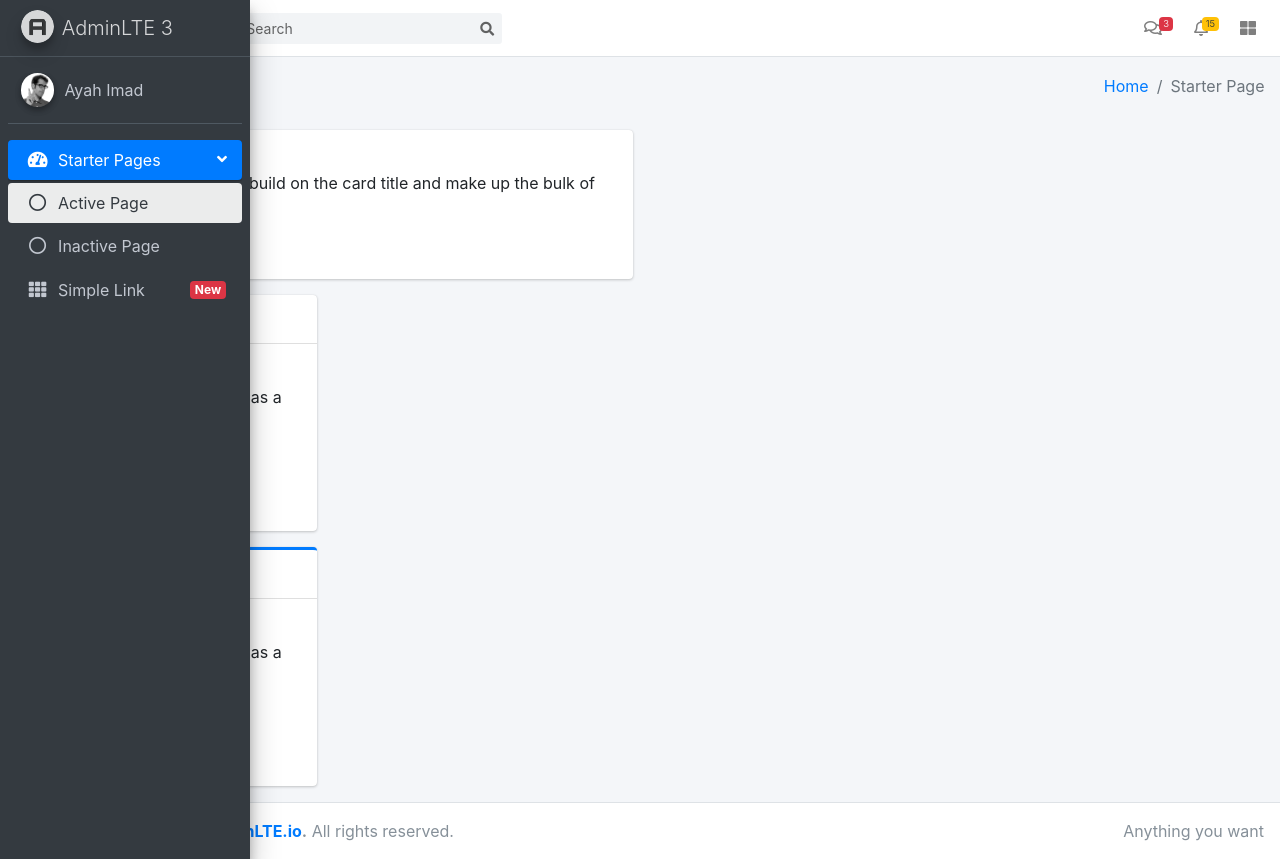
Repository: Abdaljawad-Aya/Django-Exercises
Page: polls/templates/polls/starter.html
The author's editor kept a copy of each file at every save. The page is drawn from the files as they stood at one save, then again after the next save.
The browser window is 1280 px wide. The pictures show the whole page.
Some web fonts or font styles are not loaded; a fallback is used. The page is served by the project's application, run on Django 3.2 (manage.py). Other server files are loaded and not shown. The template is opened directly, without the code that normally fills it, so the values that code supplies are empty.

Above is the page before, as saved 2021-03-09 19:50:12.

### crudDj/DJ/polls/templates/polls/starter.html

<!--
This is a starter template page. Use this page to start your new project from
scratch. This page gets rid of all links and provides the needed markup only.
-->
{% load static %}
<!DOCTYPE html>
<html lang="en">
<head>
  <meta charset="utf-8">
  <meta name="viewport" content="width=device-width, initial-scale=1">
  <meta http-equiv="x-ua-compatible" content="ie=edge">

  <title>AdminLTE 3 | Starter</title>

  <!-- Font Awesome Icons -->
  <link rel="stylesheet" href="{% static 'plugins/fontawesome-free/css/all.min.css' %}">
  <!-- Theme style -->
  <link rel="stylesheet" href="{% static 'dist/css/adminlte.min.css'%}">
  <!-- Google Font: Source Sans Pro -->
  <link href="https://fonts.googleapis.com/css?family=Source+Sans+Pro:300,400,400i,700" rel="stylesheet">
</head>
<body class="hold-transition sidebar-mini">
<div class="wrapper">

  <!-- Navbar -->
  <nav class="main-header navbar navbar-expand navbar-white navbar-light">
    <!-- Left navbar links -->
    <ul class="navbar-nav">
      <li class="nav-item">
        <a class="nav-link" data-widget="pushmenu" href="#" role="button"><i class="fas fa-bars"></i></a>
      </li>
      <li class="nav-item d-none d-sm-inline-block">
        <a href="index3.html" class="nav-link">Home</a>
      </li>
      <li class="nav-item d-none d-sm-inline-block">
        <a href="#" class="nav-link">Contact</a>
      </li>
    </ul>

    <!-- SEARCH FORM -->
    <form class="form-inline ml-3">
      <div class="input-group input-group-sm">
        <input class="form-control form-control-navbar" type="search" placeholder="Search" aria-label="Search">
        <div class="input-group-append">
          <button class="btn btn-navbar" type="submit">
            <i class="fas fa-search"></i>
          </button>
        </div>
      </div>
    </form>

    <!-- Right navbar links -->
    <ul class="navbar-nav ml-auto">
      <!-- Messages Dropdown Menu -->
      <li class="nav-item dropdown">
        <a class="nav-link" data-toggle="dropdown" href="#">
          <i class="far fa-comments"></i>
          <span class="badge badge-danger navbar-badge">3</span>
        </a>
        <div class="dropdown-menu dropdown-menu-lg dropdown-menu-right">
          <a href="#" class="dropdown-item">
            <!-- Message Start -->
            <div class="media">
              <img src="{% static 'dist/img/user1-128x128.jpg'%}" alt="User Avatar" class="img-size-50 mr-3 img-circle">
              <div class="media-body">
                <h3 class="dropdown-item-title">
                  Brad Diesel
                  <span class="float-right text-sm text-danger"><i class="fas fa-star"></i></span>
                </h3>
                <p class="text-sm">Call me whenever you can...</p>
                <p class="text-sm text-muted"><i class="far fa-clock mr-1"></i> 4 Hours Ago</p>
              </div>
            </div>
            <!-- Message End -->
          </a>
          <div class="dropdown-divider"></div>
          <a href="#" class="dropdown-item">
            <!-- Message Start -->
            <div class="media">
              <img src="{% static 'dist/img/user8-128x128.jpg'%}" alt="User Avatar" class="img-size-50 img-circle mr-3">
              <div class="media-body">
                <h3 class="dropdown-item-title">
                  John Pierce
                  <span class="float-right text-sm text-muted"><i class="fas fa-star"></i></span>
                </h3>
                <p class="text-sm">I got your message bro</p>
                <p class="text-sm text-muted"><i class="far fa-clock mr-1"></i> 4 Hours Ago</p>
              </div>
            </div>
            <!-- Message End -->
          </a>
          <div class="dropdown-divider"></div>
          <a href="#" class="dropdown-item">
            <!-- Message Start -->
            <div class="media">
              <img src="{% static 'dist/img/user3-128x128.jpg'%}" alt="User Avatar" class="img-size-50 img-circle mr-3">
              <div class="media-body">
                <h3 class="dropdown-item-title">
                  Nora Silvester
                  <span class="float-right text-sm text-warning"><i class="fas fa-star"></i></span>
                </h3>
                <p class="text-sm">The subject goes here</p>
                <p class="text-sm text-muted"><i class="far fa-clock mr-1"></i> 4 Hours Ago</p>
              </div>
            </div>
            <!-- Message End -->
          </a>
          <div class="dropdown-divider"></div>
          <a href="#" class="dropdown-item dropdown-footer">See All Messages</a>
        </div>
      </li>
      <!-- Notifications Dropdown Menu -->
      <li class="nav-item dropdown">
        <a class="nav-link" data-toggle="dropdown" href="#">
          <i class="far fa-bell"></i>
          <span class="badge badge-warning navbar-badge">15</span>
        </a>
        <div class="dropdown-menu dropdown-menu-lg dropdown-menu-right">
          <span class="dropdown-header">15 Notifications</span>
          <div class="dropdown-divider"></div>
          <a href="#" class="dropdown-item">
            <i class="fas fa-envelope mr-2"></i> 4 new messages
            <span class="float-right text-muted text-sm">3 mins</span>
          </a>
          <div class="dropdown-divider"></div>
          <a href="#" class="dropdown-item">
            <i class="fas fa-users mr-2"></i> 8 friend requests
            <span class="float-right text-muted text-sm">12 hours</span>
          </a>
          <div class="dropdown-divider"></div>
          <a href="#" class="dropdown-item">
            <i class="fas fa-file mr-2"></i> 3 new reports
            <span class="float-right text-muted text-sm">2 days</span>
          </a>
          <div class="dropdown-divider"></div>
          <a href="#" class="dropdown-item dropdown-footer">See All Notifications</a>
        </div>
      </li>
      <li class="nav-item">
        <a class="nav-link" data-widget="control-sidebar" data-slide="true" href="#" role="button"><i
            class="fas fa-th-large"></i></a>
      </li>
    </ul>
  </nav>
  <!-- /.navbar -->

  <!-- Main Sidebar Container -->
  <aside class="main-sidebar sidebar-dark-primary elevation-4">
    <!-- Brand Logo -->
    <a href="index3.html" class="brand-link">
      <img src="{% static 'dist/img/AdminLTELogo.png'%}" alt="AdminLTE Logo" class="brand-image img-circle elevation-3"
           style="opacity: .8">
      <span class="brand-text font-weight-light">AdminLTE 3</span>
    </a>

    <!-- Sidebar -->
    <div class="sidebar">
      <!-- Sidebar user panel (optional) -->
      <div class="user-panel mt-3 pb-3 mb-3 d-flex">
        <div class="image">
          <img src="{% static 'dist/img/user2-160x160.jpg'%}" class="img-circle elevation-2" alt="User Image">
        </div>
        <div class="info">
          <a href="#" class="d-block">Ayah Imad</a>
        </div>
      </div>

      <!-- Sidebar Menu -->
      <nav class="mt-2">
        <ul class="nav nav-pills nav-sidebar flex-column" data-widget="treeview" role="menu" data-accordion="false">
          <!-- Add icons to the links using the .nav-icon class
               with font-awesome or any other icon font library -->
          <li class="nav-item has-treeview menu-open">
            <a href="#" class="nav-link active">
              <i class="nav-icon fas fa-tachometer-alt"></i>
              <p>
                Starter Pages
                <i class="right fas fa-angle-left"></i>
              </p>
            </a>
            <ul class="nav nav-treeview">
              <li class="nav-item">
                <a href="#" class="nav-link active">
                  <i class="far fa-circle nav-icon"></i>
                  <p>Active Page</p>
                </a>
              </li>
              <li class="nav-item">
                <a href="#" class="nav-link">
                  <i class="far fa-circle nav-icon"></i>
                  <p>Inactive Page</p>
                </a>
              </li>
            </ul>
          </li>
          <li class="nav-item">
            <a href="#" class="nav-link">
              <i class="nav-icon fas fa-th"></i>
              <p>
                Simple Link
                <span class="right badge badge-danger">New</span>
              </p>
            </a>
          </li>
        </ul>
      </nav>
      <!-- /.sidebar-menu -->
    </div>
    <!-- /.sidebar -->
  </aside>

  <!-- Content Wrapper. Contains page content -->
  <div class="content-wrapper">
    <!-- Content Header (Page header) -->
    <div class="content-header">
      <div class="container-fluid">
        <div class="row mb-2">
          <div class="col-sm-6">
            <h1 class="m-0 text-dark">Starter Page</h1>
          </div><!-- /.col -->
          <div class="col-sm-6">
            <ol class="breadcrumb float-sm-right">
              <li class="breadcrumb-item"><a href="#">Home</a></li>
              <li class="breadcrumb-item active">Starter Page</li>
            </ol>
          </div><!-- /.col -->
        </div><!-- /.row -->
      </div><!-- /.container-fluid -->
    </div>
    <!-- /.content-header -->

    <!-- Main content -->
    <div class="content">
      <div class="container-fluid">
        <div class="row">
          <div class="col-lg-6">
            <div class="card">
              <div class="card-body">
                <h5 class="card-title">Card title</h5>

                <p class="card-text">
                  Some quick example text to build on the card title and make up the bulk of the card's
                  content.
                </p>

                <a href="#" class="card-link">Card link</a>
                <a href="#" class="card-link">Another link</a>
              </div>
            </div>

            {% comment %} <div class="card card-primary card-outline">
              <div class="card-body">
                <h5 class="card-title">Card title</h5>

                <p class="card-text">
                  Some quick example text to build on the card title and make up the bulk of the card's
                  content.
                </p>
                <a href="#" class="card-link">Card link</a>
                <a href="#" class="card-link">Another link</a>
              </div>
            </div><!-- /.card -->
          </div> {% endcomment %}
          <!-- /.col-md-6 -->
          <div class="col-lg-6">
            <div class="card">
              <div class="card-header">
                <h5 class="m-0">Featured</h5>
              </div>
              <div class="card-body">
                <h6 class="card-title">Special title treatment</h6>

                <p class="card-text">With supporting text below as a natural lead-in to additional content.</p>
                <a href="#" class="btn btn-primary">Go somewhere</a>
              </div>
            </div>

            <div class="card card-primary card-outline">
              <div class="card-header">
                <h5 class="m-0">Featured</h5>
              </div>
              <div class="card-body">
                <h6 class="card-title">Special title treatment</h6>

                <p class="card-text">With supporting text below as a natural lead-in to additional content.</p>
                <a href="#" class="btn btn-primary">Go somewhere</a>
              </div>
            </div>
          </div>
          <!-- /.col-md-6 -->
        </div>
        <!-- /.row -->
      </div><!-- /.container-fluid -->
    </div>
    <!-- /.content -->
  </div>
  <!-- /.content-wrapper -->

  <!-- Control Sidebar -->
  <aside class="control-sidebar control-sidebar-dark">
    <!-- Control sidebar content goes here -->
    <div class="p-3">
      <h5>Title</h5>
      <p>Sidebar content</p>
    </div>
  </aside>
  <!-- /.control-sidebar -->

  <!-- Main Footer -->
  <footer class="main-footer">
    <!-- To the right -->
    <div class="float-right d-none d-sm-inline">
      Anything you want
    </div>
    <!-- Default to the left -->
    <strong>Copyright &copy; 2014-2019 <a href="https://adminlte.io">AdminLTE.io</a>.</strong> All rights reserved.
  </footer>
</div>
<!-- ./wrapper -->

<!-- REQUIRED SCRIPTS -->

<!-- jQuery -->
<script src="{% static 'plugins/jquery/jquery.min.js'%}"></script>
<!-- Bootstrap 4 -->
<script src="{% static 'plugins/bootstrap/js/bootstrap.bundle.min.js'%}"></script>
<!-- AdminLTE App -->
<script src="{% static 'dist/js/adminlte.min.js'%}"></script>
</body>
</html>

### crudDj/DJ/DJ/urls.py
"""DJ URL Configuration

The `urlpatterns` list routes URLs to views. For more information please see:
    https://docs.djangoproject.com/en/3.1/topics/http/urls/
Examples:
Function views
    1. Add an import:  from my_app import views
    2. Add a URL to urlpatterns:  path('', views.home, name='home')
Class-based views
    1. Add an import:  from other_app.views import Home
    2. Add a URL to urlpatterns:  path('', Home.as_view(), name='home')
Including another URLconf
    1. Import the include() function: from django.urls import include, path
    2. Add a URL to urlpatterns:  path('blog/', include('blog.urls'))
"""
from django.contrib import admin
from django.urls import path , include

urlpatterns = [
    path('polls/', include('polls.urls')),
    path('admin/', admin.site.urls),
]

### crudDj/DJ/polls/urls.py
from django.urls import path
from polls import views

urlpatterns = [
    path ('' , views.index, name="index"),
]

Loaded but not shown: crudDj/DJ/static/plugins/fontawesome-free/css/all.min.css (library); crudDj/DJ/static/dist/css/adminlte.min.css (library); crudDj/DJ/static/plugins/jquery/jquery.min.js (library); crudDj/DJ/static/plugins/bootstrap/js/bootstrap.bundle.min.js (library); crudDj/DJ/static/dist/js/adminlte.min.js (library)

After the next save:
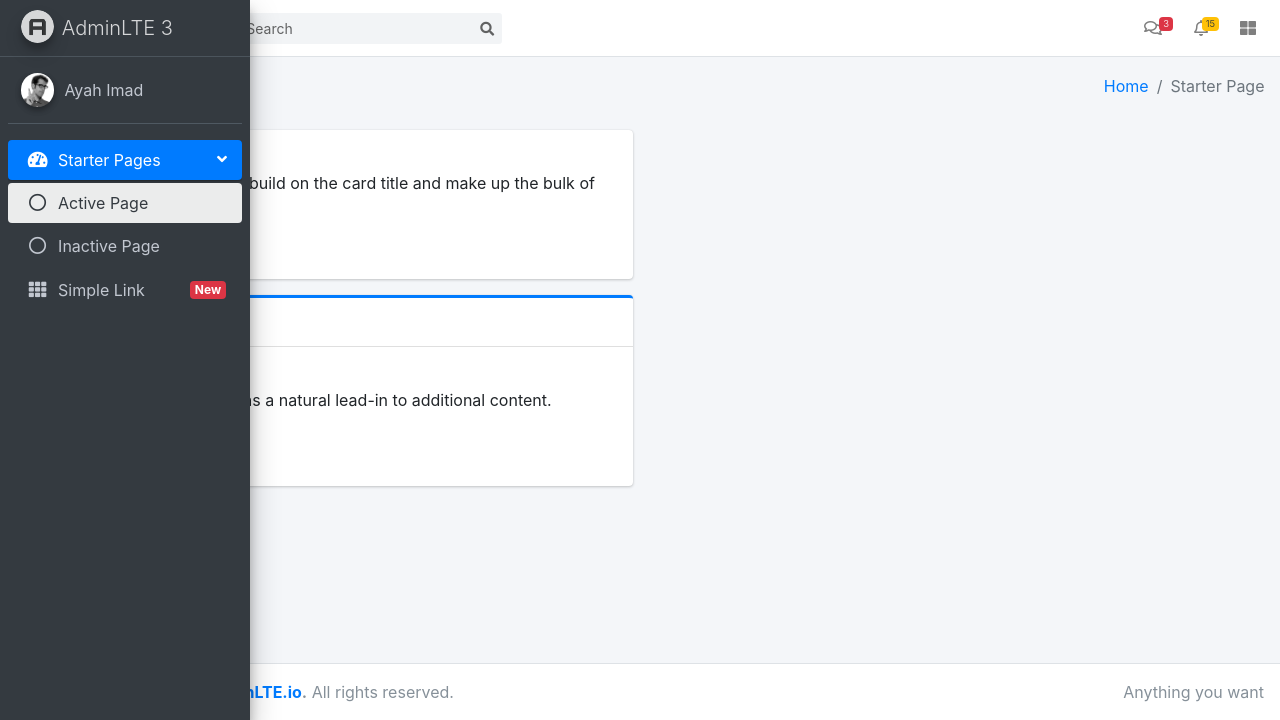
Saved 7 s later.
--- a/crudDj/DJ/polls/templates/polls/starter.html
+++ b/crudDj/DJ/polls/templates/polls/starter.html
@@ -263,7 +263,7 @@ scratch. This page gets rid of all links and provides the needed markup only.
             </div><!-- /.card -->
           </div> {% endcomment %}
           <!-- /.col-md-6 -->
-          <div class="col-lg-6">
+          {% comment %} <div class="col-lg-6">
             <div class="card">
               <div class="card-header">
                 <h5 class="m-0">Featured</h5>
@@ -274,7 +274,7 @@ scratch. This page gets rid of all links and provides the needed markup only.
                 <p class="card-text">With supporting text below as a natural lead-in to additional content.</p>
                 <a href="#" class="btn btn-primary">Go somewhere</a>
               </div>
-            </div>
+            </div> {% endcomment %}
 
             <div class="card card-primary card-outline">
               <div class="card-header">
